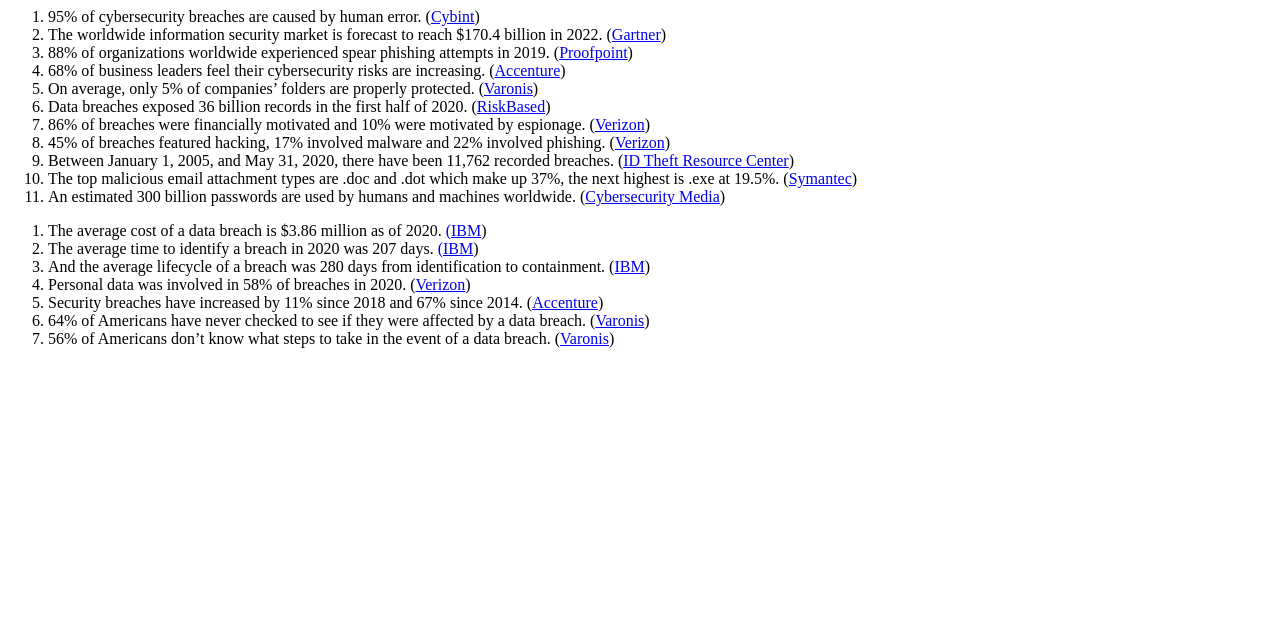
Repository: AniruddhAnand/zero_day_shield
Page: assets/data/facts.html
These files come from the project's save history. The page is drawn as it stood at one moment and after a run of saves; the edit follows.
The browser window is 1280 px wide. The pictures show the whole page.

Above is the page before, as saved 2021-07-10 15:05:01.

After the next 2 saves:
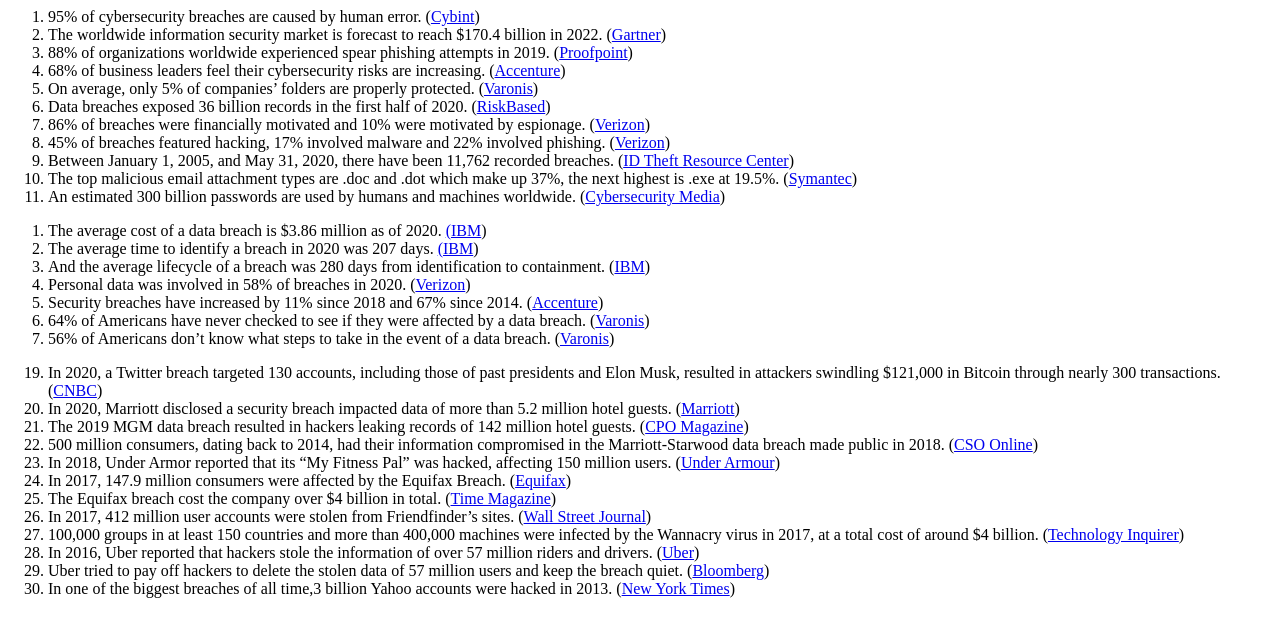
The 2 saves are shown as one change because they came seconds apart.
The last was saved 28 s later.
--- a/assets/data/facts.html
+++ b/assets/data/facts.html
@@ -59,6 +59,50 @@
                 href="https://www.varonis.com/blog/data-breach-literacy-survey/" target="_blank"
                 rel="noopener noreferrer">Varonis</a>)</li>
     </ol>
+    <ol start="19">
+        <li aria-level="1">In 2020, a Twitter breach targeted 130 accounts, including those of past presidents and Elon
+            Musk, resulted in attackers swindling $121,000 in Bitcoin through nearly 300 transactions. (<a
+                href="https://www.cnbc.com/2020/07/16/twitter-hackers-made-121000-in-bitcoin-analysis-shows.html"
+                target="_blank" rel="noopener noreferrer">CNBC</a>)</li>
+        <li aria-level="1">In 2020, Marriott disclosed a security breach impacted data of more than 5.2 million hotel
+            guests. (<a
+                href="https://news.marriott.com/news/2020/03/31/marriott-international-notifies-guests-of-property-system-incident"
+                target="_blank" rel="noopener noreferrer">Marriott</a>)</li>
+        <li aria-level="1">The 2019 MGM data breach resulted in hackers leaking records of 142 million hotel guests. (<a
+                href="https://www.cpomagazine.com/cyber-security/new-details-indicate-that-scope-of-the-2019-mgm-data-breach-is-much-bigger-than-expected/"
+                target="_blank" rel="noopener noreferrer">CPO Magazine</a>)</li>
+        <li aria-level="1">500 million consumers, dating back to 2014, had their information compromised in the
+            Marriott-Starwood data breach made public in 2018. (<a
+                href="https://www.csoonline.com/article/3441220/marriott-data-breach-faq-how-did-it-happen-and-what-was-the-impact.html"
+                target="_blank" rel="noopener noreferrer">CSO Online</a>)</li>
+        <li aria-level="1">In 2018, Under Armor reported that its “My Fitness Pal” was hacked, affecting 150 million
+            users. (<a
+                href="http://www.uabiz.com/news-releases/news-release-details/under-armour-notifies-myfitnesspal-users-data-security-issue"
+                target="_blank" rel="noopener noreferrer">Under Armour</a>)</li>
+        <li aria-level="1">In 2017, 147.9 million consumers were affected by the Equifax Breach. (<a
+                href="https://investor.equifax.com/news-and-events/news/2017/09-07-2017-213000628" target="_blank"
+                rel="noopener noreferrer">Equifax</a>)</li>
+        <li aria-level="1">The Equifax breach cost the company over $4 billion in total. (<a
+                href="http://time.com/money/4936732/equifaxs-massive-data-breach-has-cost-the-company-4-billion-so-far"
+                target="_blank" rel="noopener noreferrer">Time Magazine</a>)</li>
+        <li aria-level="1">In 2017, 412 million user accounts were stolen from Friendfinder’s sites. (<a
+                href="https://www.wsj.com/articles/friendfinder-investigates-report-of-breached-accounts-1479160660"
+                target="_blank" rel="noopener noreferrer">Wall Street Journal</a>)</li>
+        <li aria-level="1">100,000 groups in at least 150 countries and more than 400,000 machines were infected by the
+            Wannacry virus in 2017, at a total cost of around $4 billion. (<a
+                href="http://technology.inquirer.net/62619/least-100000-groups-150-countries-hit-ransomware"
+                target="_blank" rel="noopener noreferrer">Technology Inquirer</a>)</li>
+        <li aria-level="1">In 2016, Uber reported that hackers stole the information of over 57 million riders and
+            drivers. (<a href="https://www.uber.com/newsroom/2016-data-incident/" target="_blank"
+                rel="noopener noreferrer">Uber</a>)</li>
+        <li aria-level="1">Uber tried to pay off hackers to delete the stolen data of 57 million users and keep the
+            breach quiet. (<a
+                href="https://www.bloomberg.com/news/articles/2017-11-21/uber-concealed-cyberattack-that-exposed-57-million-people-s-data"
+                target="_blank" rel="noopener noreferrer">Bloomberg</a>)</li>
+        <li aria-level="1">In one of the biggest breaches of all time,3 billion Yahoo accounts were hacked in 2013. (<a
+                href="https://www.nytimes.com/2017/10/03/technology/yahoo-hack-3-billion-users.html" target="_blank"
+                rel="noopener noreferrer">New York Times</a>)</li>
+    </ol>
 </body>
 
 </html>
